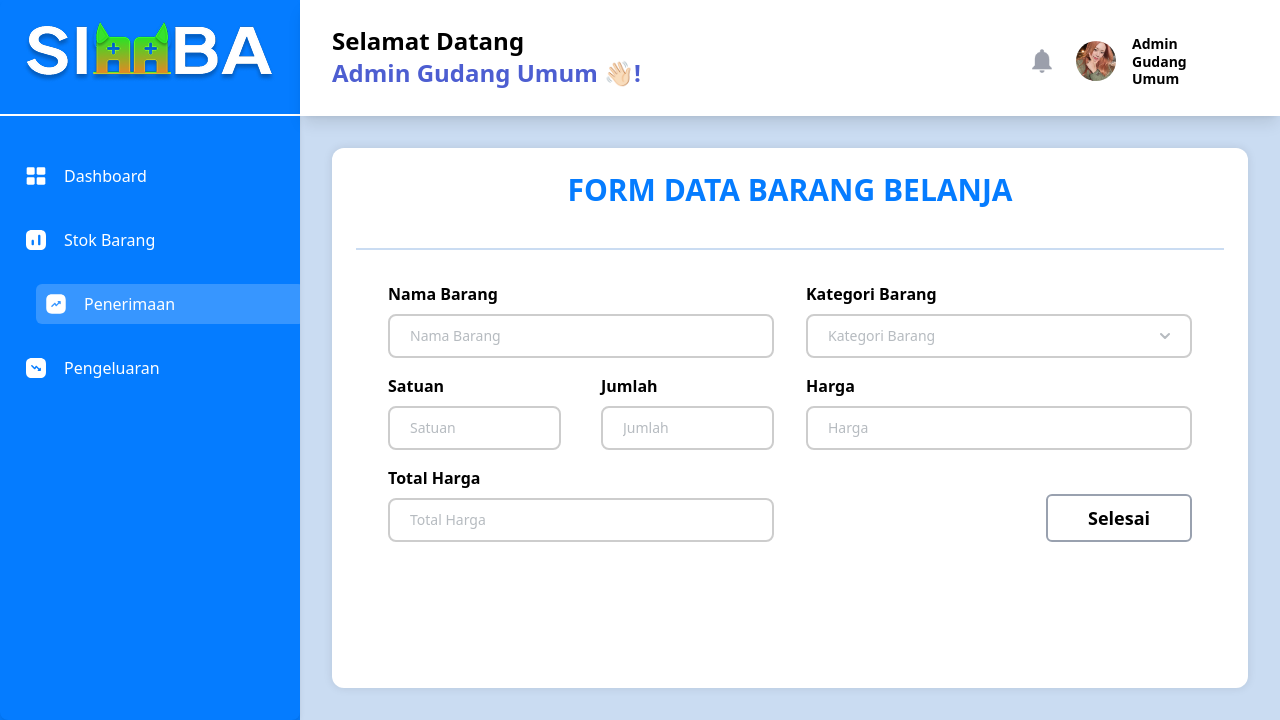
Repository: Gokerwow/inventory-fe
Page: /penerimaan/tambah/barang-belanja
The author's editor kept a copy of each file at every save. The page is drawn from the files as they stood at one save, then again after the next save.
The browser window is 1280 px wide. The pictures show the whole page.
The project was rebuilt for these pictures with package versions that can differ from the ones it lists, and the page was loaded fresh each time. Also part of the build but not shown: vite.config.ts, src/components/lineChart.tsx, src/pages/dashboard.tsx, src/pages/stokBarang.tsx, src/components/pagination.tsx, src/components/PenerimaanTable.tsx, src/components/RiwayatPenerimaanTable.tsx, src/pages/penerimaan.tsx and 4 more.

Above is the page before, as saved 2025-10-28 12:32:58.

After the next save:
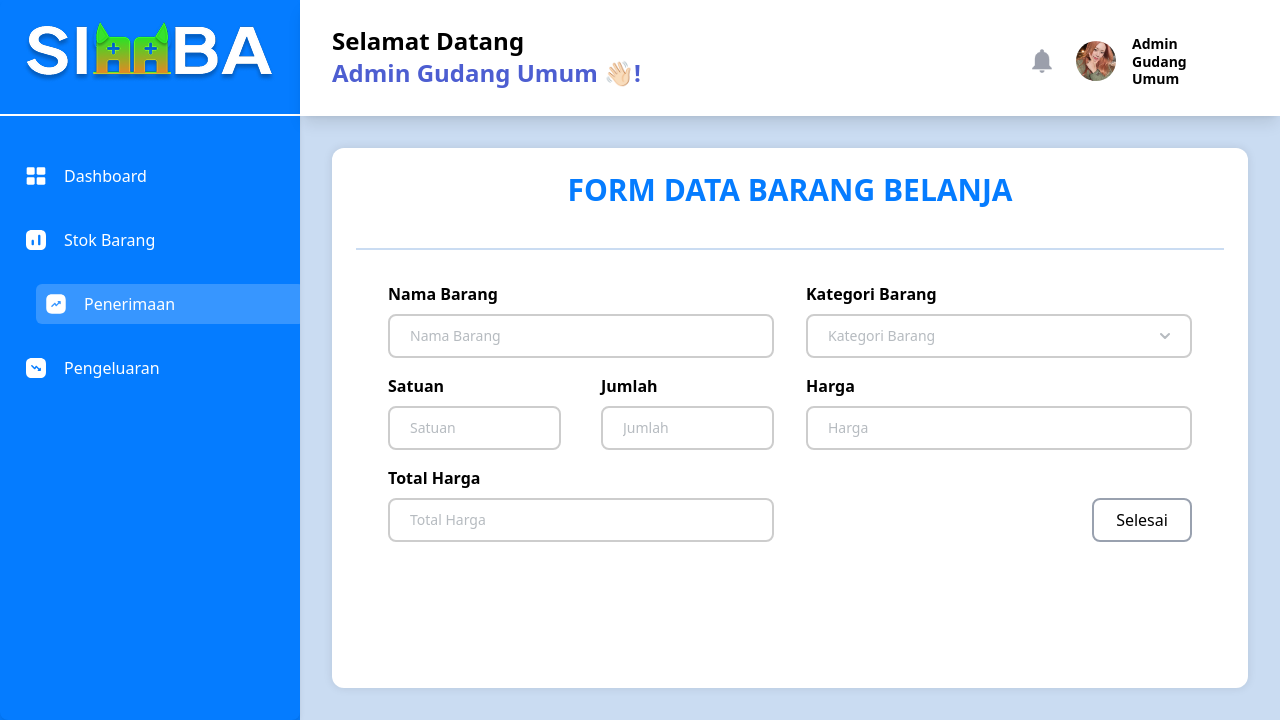
Saved 29 s later.
--- a/src/components/buttonConfirm.tsx
+++ b/src/components/buttonConfirm.tsx
@@ -16,7 +16,7 @@ export default function ButtonConfirm({
     type = "button"
 }: ButtonConfirmProps) {
 
-    const classes = `hover:bg-[#00b998] border-2 border-gray-400 px-10 py-2 rounded-md text-black hover:text-white self-end font-bold text-lg cursor-pointer active:scale-95 transition-all duration-200 hover:scale-110 ${className}`;
+    const classes = `hover:bg-red-600 text-black hover:text-white border-2 border-gray-400 py-2 w-25 rounded-lg hover:scale-110 active:scale-95 transition-all duration-200 cursor-pointer ${className}`;
 
     if (to) {
         return (
